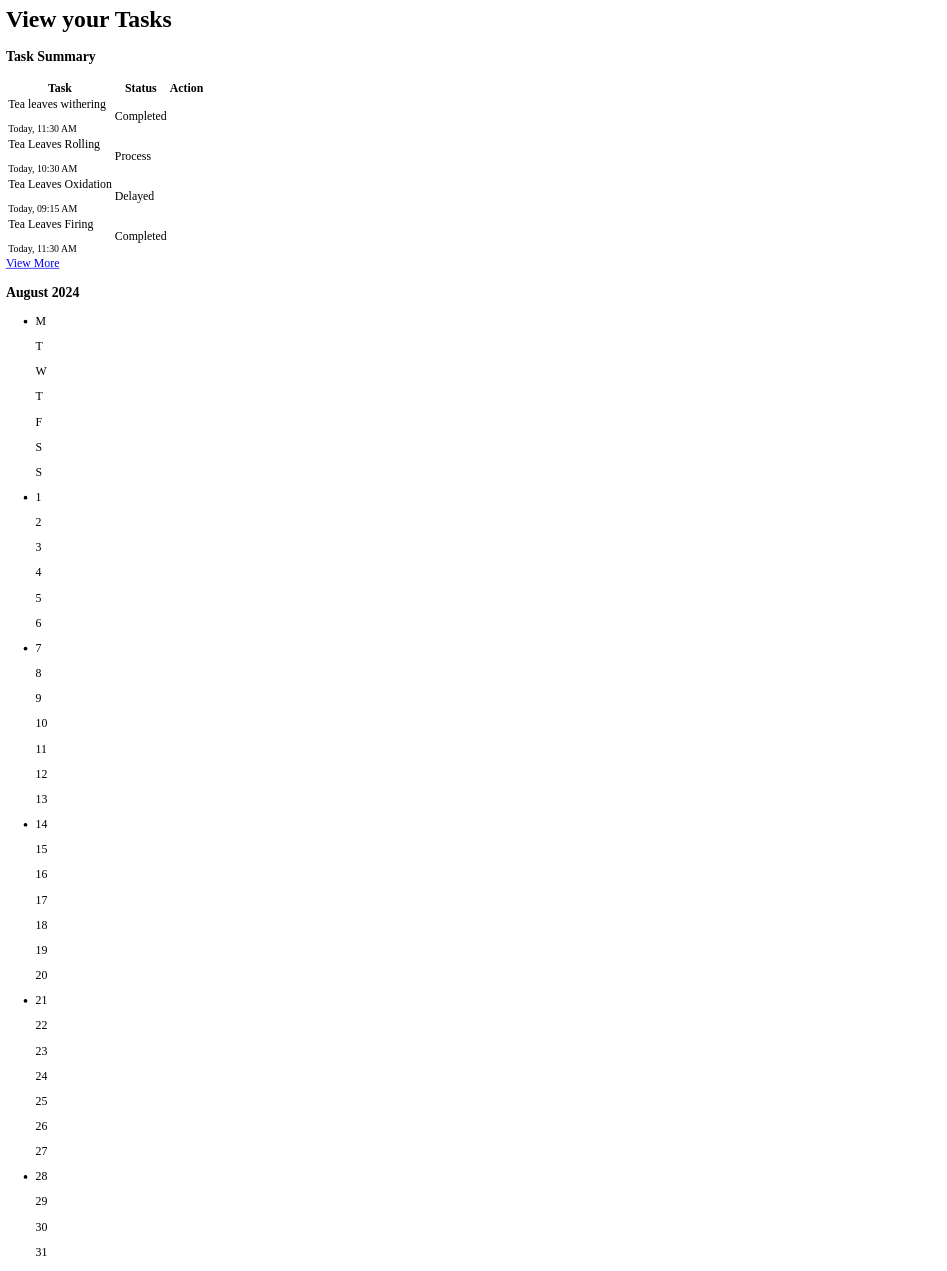
Repository: EverGreen-Group/Employee-Management
Page: http://localhost/project-root/views/pages/view-tasks.php
The author's editor kept a copy of each file at every save. The page is drawn from the files as they stood at one save, then again after the next save.
The browser window is 1280 px wide. The pictures show the whole page, at 74% of full size.
The page is run by PHP 8.4 with error messages shown; the project is at /var/www/html/.

Above is the page before, as saved 2024-09-10 07:34:06.

### views/pages/view-tasks.php
<div class="head-title">
    <div class="left">
        <h1>View your Tasks</h1>
    </div>
</div>

<div class="table-data">
    <div class="order">
        <div class="head">
            <h3>Task Summary</h3>
            <i class='bx bx-calendar'></i>
        </div>
        <table>
            <thead>
                <tr>
                    <th>Task</th>
                    <th>Status</th>
                    <th>Action</th>
                </tr>
            </thead>
            <tbody>
                <tr>
                    <td>
                        <p>Tea leaves withering</p>
                        <p><small>Today, 11:30 AM</small></p>
                    </td>
                    <td><span class="status completed">Completed</span></td>
                    <td><i class='bx bx-dots-vertical-rounded'></i></td>
                </tr>
                <tr>
                    <td>
                        <p>Tea Leaves Rolling</p>
                        <p><small>Today, 10:30 AM</small></p>
                    </td>
                    <td><span class="status process">Process</span></td>
                    <td><i class='bx bx-dots-vertical-rounded'></i></td>
                </tr>
                <tr>
                    <td>
                        <p>Tea Leaves Oxidation</p>
                        <p><small>Today, 09:15 AM</small></p>
                    </td>
                    <td><span class="status pending">Delayed</span></td>
                    <td><i class='bx bx-dots-vertical-rounded'></i></td>
                </tr>
                <tr>
                    <td>
                        <p>Tea Leaves Firing</p>
                        <p><small>Today, 11:30 AM</small></p>
                    </td>
                    <td><span class="status completed">Completed</span></td>
                    <td><i class='bx bx-dots-vertical-rounded'></i></td>
                </tr>
            </tbody>
        </table>
        <a href="#" class="btn-download">View More</a>
    </div>

    <div class="todo">
        <div class="head">
            <h3>August 2024</h3>
            <i class='bx bx-plus'></i>
            <i class='bx bx-filter'></i>
        </div>
        <ul class="todo-list">
            <li class="not-completed">
                <p>M</p>
                <p>T</p>
                <p>W</p>
                <p>T</p>
                <p>F</p>
                <p>S</p>
                <p>S</p>
            </li>
            <li class="not-completed">
                <p></p>
                <p>1</p>
                <p>2</p>
                <p>3</p>
                <p>4</p>
                <p>5</p>
                <p>6</p>
            </li>
            <li class="not-completed">
                <p>7</p>
                <p>8</p>
                <p>9</p>
                <p>10</p>
                <p>11</p>
                <p>12</p>
                <p>13</p>
            </li>
            <li class="not-completed">
                <p>14</p>
                <p>15</p>
                <p>16</p>
                <p>17</p>
                <p>18</p>
                <p>19</p>
                <p>20</p>
            </li>
            <li class="not-completed">
                <p>21</p>
                <p>22</p>
                <p>23</p>
                <p>24</p>
                <p>25</p>
                <p>26</p>
                <p>27</p>
            </li>
            <li class="not-completed">
                <p>28</p>
                <p>29</p>
                <p>30</p>
                <p>31</p>
                <p></p>
                <p></p>
                <p></p>
            </li>
        </ul>
    </div>
</div>

After the next save:
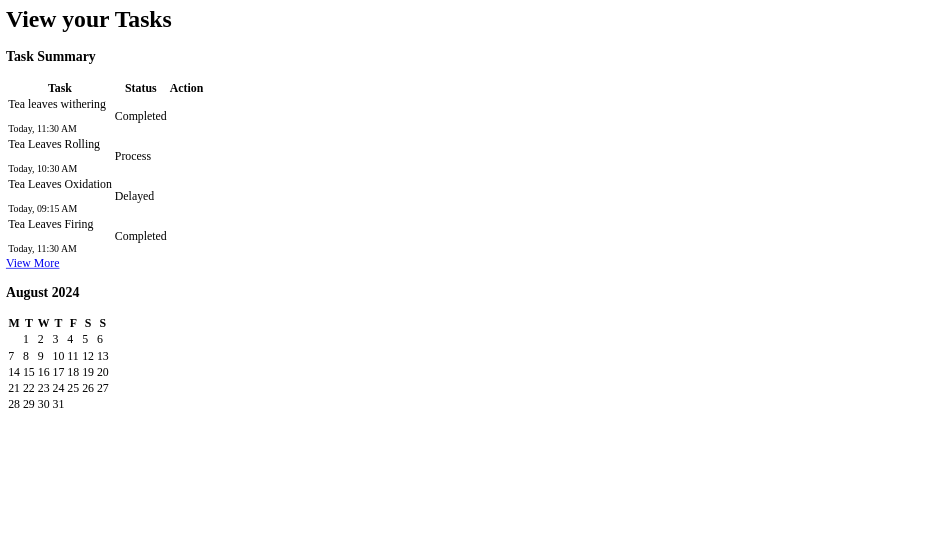
Saved 88 s later.
--- a/views/pages/view-tasks.php
+++ b/views/pages/view-tasks.php
@@ -62,61 +62,65 @@
             <i class='bx bx-plus'></i>
             <i class='bx bx-filter'></i>
         </div>
-        <ul class="todo-list">
-            <li class="not-completed">
-                <p>M</p>
-                <p>T</p>
-                <p>W</p>
-                <p>T</p>
-                <p>F</p>
-                <p>S</p>
-                <p>S</p>
-            </li>
-            <li class="not-completed">
-                <p></p>
-                <p>1</p>
-                <p>2</p>
-                <p>3</p>
-                <p>4</p>
-                <p>5</p>
-                <p>6</p>
-            </li>
-            <li class="not-completed">
-                <p>7</p>
-                <p>8</p>
-                <p>9</p>
-                <p>10</p>
-                <p>11</p>
-                <p>12</p>
-                <p>13</p>
-            </li>
-            <li class="not-completed">
-                <p>14</p>
-                <p>15</p>
-                <p>16</p>
-                <p>17</p>
-                <p>18</p>
-                <p>19</p>
-                <p>20</p>
-            </li>
-            <li class="not-completed">
-                <p>21</p>
-                <p>22</p>
-                <p>23</p>
-                <p>24</p>
-                <p>25</p>
-                <p>26</p>
-                <p>27</p>
-            </li>
-            <li class="not-completed">
-                <p>28</p>
-                <p>29</p>
-                <p>30</p>
-                <p>31</p>
-                <p></p>
-                <p></p>
-                <p></p>
-            </li>
-        </ul>
+        <table class="calendar">
+            <thead>
+                <tr>
+                    <th>M</th>
+                    <th>T</th>
+                    <th>W</th>
+                    <th>T</th>
+                    <th>F</th>
+                    <th>S</th>
+                    <th>S</th>
+                </tr>
+            </thead>
+            <tbody>
+                <tr>
+                    <td></td>
+                    <td>1</td>
+                    <td>2</td>
+                    <td>3</td>
+                    <td>4</td>
+                    <td class="highlight">5</td>
+                    <td class="weekend">6</td>
+                </tr>
+                <tr>
+                    <td>7</td>
+                    <td>8</td>
+                    <td>9</td>
+                    <td>10</td>
+                    <td>11</td>
+                    <td>12</td>
+                    <td class="weekend">13</td>
+                </tr>
+                <tr>
+                    <td>14</td>
+                    <td>15</td>
+                    <td>16</td>
+                    <td>17</td>
+                    <td>18</td>
+                    <td>19</td>
+                    <td class="weekend">20</td>
+                </tr>
+                <tr>
+                    <td>21</td>
+                    <td>22</td>
+                    <td>23</td>
+                    <td>24</td>
+                    <td>25</td>
+                    <td>26</td>
+                    <td class="weekend">27</td>
+                </tr>
+                <tr>
+                    <td>28</td>
+                    <td>29</td>
+                    <td>30</td>
+                    <td>31</td>
+                    <td></td>
+                    <td></td>
+                    <td></td>
+                </tr>
+            </tbody>
+        </table>
     </div>
 </div>
